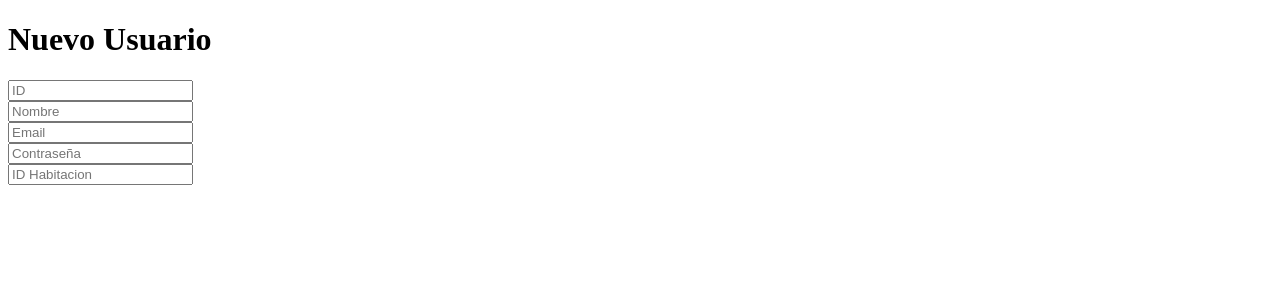
Repository: aregano/Java-web
Page: http://localhost/HelloMVC/newuser
The author's editor kept a copy of each file at every save. The page is drawn from the files as they stood at one save, then again after the next save.
The browser window is 1280 px wide. The pictures show the whole page.
The page is served by Tomcat 9. Other server files are loaded and not shown.

Above is the page before, as saved 2018-11-15 08:55:09.

### HelloMVC/WebContent/newuser.jsp
<%@ page language="java" contentType="text/html; charset=UTF-8"
    pageEncoding="UTF-8" %>
<!DOCTYPE html>
<html>
<head>
<meta charset="UTF-8">
<title>Insert title here</title>
</head>
<body>
	<h1>Nuevo Usuario</h1>

	<form action="" method="POST">
	<div><input type="number" placeholder="ID"/></div>
	<div><input type="text" placeholder="Nombre"/></div>
	<div><input type="email" placeholder="Email"/></div>
	<div><input type="password" placeholder="Contraseña"/></div>
	<div><input type="number" placeholder="ID Habitacion"/></div>

	</form>
</body>
</html>

### HelloMVC/src/com/alvaro/controllers/CrearUsuarioServlet.java
package com.alvaro.controllers;

import java.io.IOException;
import javax.servlet.ServletException;
import javax.servlet.annotation.WebServlet;
import javax.servlet.http.HttpServlet;
import javax.servlet.http.HttpServletRequest;
import javax.servlet.http.HttpServletResponse;

/**
 * Servlet implementation class CrearUsuarioServlet
 */
@WebServlet("/newuser")
public class CrearUsuarioServlet extends HttpServlet {
	private static final long serialVersionUID = 1L;


    public CrearUsuarioServlet() {
        super();

    }


	protected void doGet(HttpServletRequest request, HttpServletResponse response) throws ServletException, IOException {

		request.getRequestDispatcher("./newuser.jsp").forward(request, response);
	}


	protected void doPost(HttpServletRequest request, HttpServletResponse response) throws ServletException, IOException {

		doGet(request, response);
	}

}

After the next save:
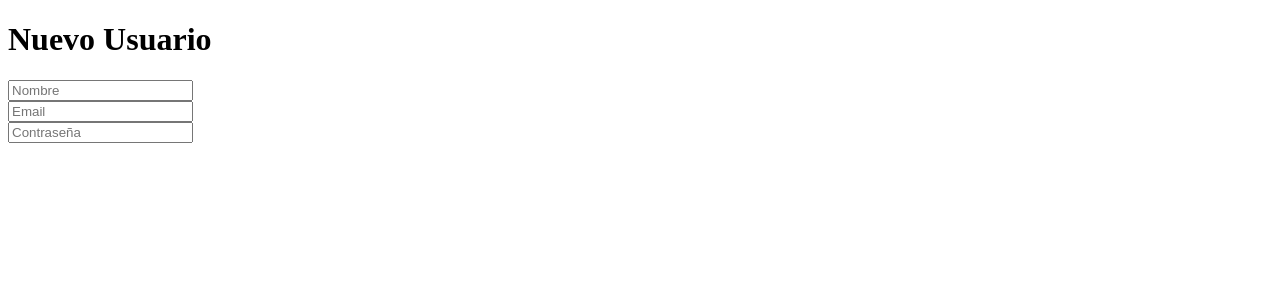
Saved 13 s later.
--- a/HelloMVC/WebContent/newuser.jsp
+++ b/HelloMVC/WebContent/newuser.jsp
@@ -10,11 +10,10 @@
 	<h1>Nuevo Usuario</h1>
 
 	<form action="" method="POST">
-	<div><input type="number" placeholder="ID"/></div>
 	<div><input type="text" placeholder="Nombre"/></div>
 	<div><input type="email" placeholder="Email"/></div>
 	<div><input type="password" placeholder="Contraseña"/></div>
-	<div><input type="number" placeholder="ID Habitacion"/></div>
+
 
 	</form>
 </body>
